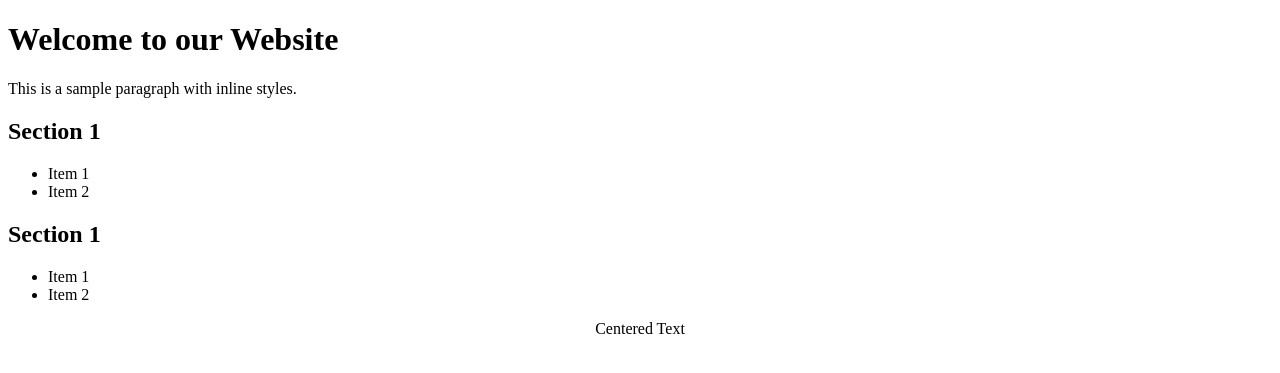
Repository: harshitanthal1/assignments_avisoft
Page: 31-01-2024/assignment_2/index.html
An editor plug-in stored every save of this project. The page is shown before and after the next save, followed by the edit.
The browser window is 1280 px wide. The pictures show the whole page.

Above is the page before, as saved 2024-01-31 14:32:07.

### 31-01-2024/assignment_2/index.html
<!DOCTYPE html>
<html>
<head>
    <title>Inline Style Assignment</title>
    <link rel="stylesheet" href="styles/styles.css">
</head>
<body>
    <h1>Welcome to our Website</h1>
    <p id="para1">This is a sample paragraph with inline styles.</p>
    <div id="sec1">
        <h2>Section 1</h2>
        <ul>
            <li class="point1">Item 1</li>
            <li class="point2">Item 2</li>
        </ul>
    </div>
    <div id="sec2">
        <h2>Section 1</h2>
        <ul>
            <li class="point1">Item 1</li>
            <li class="point2">Item 2</li>
        </ul>
    </div>
    <p style="text-align: center;">Centered Text</p>
</body>
</html>

Loaded but not shown: 31-01-2024/assignment_2/styles/styles.css (no stored copy; drawn as an empty file)

After the next save:
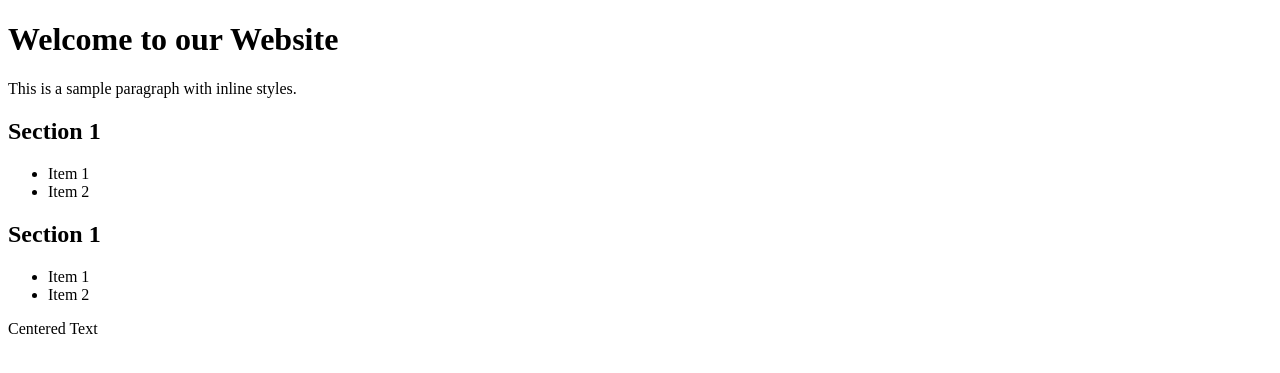
Saved 76 s later.
--- a/31-01-2024/assignment_2/index.html
+++ b/31-01-2024/assignment_2/index.html
@@ -21,6 +21,6 @@
             <li class="point2">Item 2</li>
         </ul>
     </div>
-    <p style="text-align: center;">Centered Text</p>
+    <p id="para2">Centered Text</p>
 </body>
 </html>
